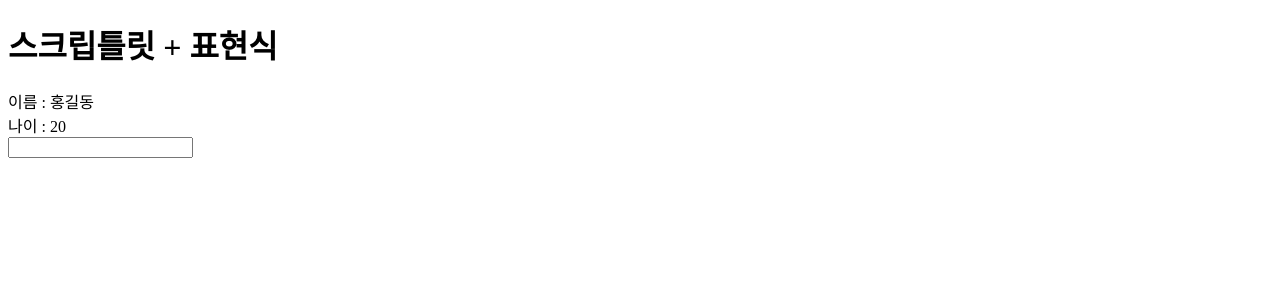
Repository: hb6700/server
Page: http://localhost/JSPTest/ex05.jsp
These files come from the project's save history. The page is drawn as it stood at one moment and after the next save; the edit follows.
The browser window is 1280 px wide. The pictures show the whole page.
The page is served by Tomcat 9.

Above is the page before, as saved 2023-10-17 05:40:59.

### JSPTest/src/main/webapp/ex05.jsp
<%@ page language="java" contentType="text/html; charset=UTF-8"
    pageEncoding="UTF-8"%>
<%
	String name = "홍길동";
	int age = 20;
	String txt = "<input type='text'>";
%>
<!DOCTYPE html>
<html>
<head>
<meta charset="UTF-8">
<title>ex05</title>
</head>
<body>
	<h1>스크립틀릿 + 표현식</h1>
	<div>이름 : <%= name %></div>
	<div>나이 : <%= age %></div>
	<div><%= txt %></div>
</body>
</html>

After the next save:
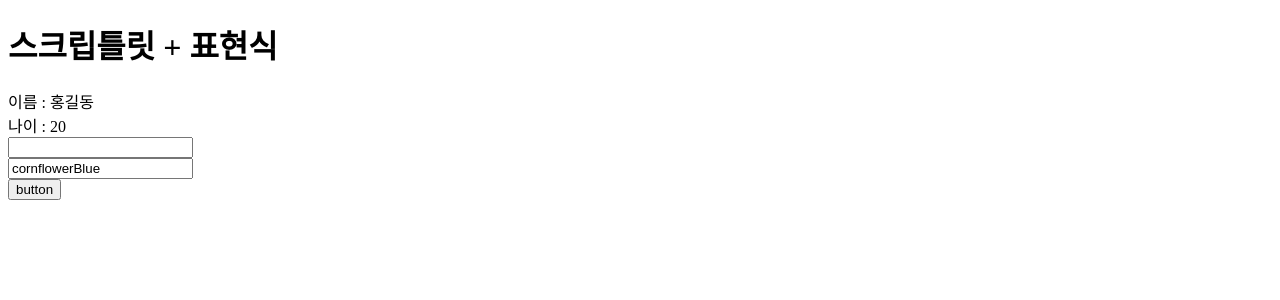
Saved 14 min 11 s later.
--- a/JSPTest/src/main/webapp/ex05.jsp
+++ b/JSPTest/src/main/webapp/ex05.jsp
@@ -4,17 +4,31 @@
 	String name = "홍길동";
 	int age = 20;
 	String txt = "<input type='text'>";
+
+	String color = "cornflowerBlue";
 %>
 <!DOCTYPE html>
 <html>
 <head>
 <meta charset="UTF-8">
 <title>ex05</title>
+<style>
+	div{
+		color:"color"
+	}
+</style>
 </head>
 <body>
 	<h1>스크립틀릿 + 표현식</h1>
 	<div>이름 : <%= name %></div>
 	<div>나이 : <%= age %></div>
 	<div><%= txt %></div>
+	<div><input type="text" value="<%= color %>"></div>
+	<input type="button" value="button" id="btn1">
+	<script>
+		document.getElementById('btn1').onclick = function() {
+			alert('<%= color %>');
+		};
+	</script>
 </body>
 </html>
